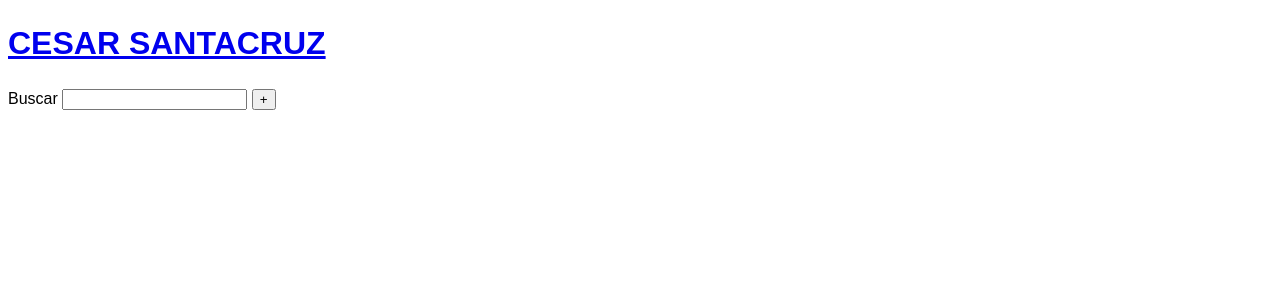
Repository: cesarsant0203/My_Study
Page: Introducción al desarrollo web/2-Css/2.7-colores_en_css3.html
An editor plug-in stored every save of this project. The page is shown before and after a run of saves, followed by the edit.
The browser window is 1280 px wide. The pictures show the whole page.

Above is the page before, as saved 2020-04-29 09:52:50.

### Introducción al desarrollo web/2-Css/2.7-colores_en_css3.html
<!DOCTYPE html>
<html lang="es">
    <head>
        <meta charset="utf-8"/>
        <title>Colores en CSS3</title>
        <link href="2.7-colores_en_css3.css" rel="stylesheet"/>
    </head>
    <body>
        <header>
            <h1>
                <a href="#">CESAR SANTACRUZ</a>
            </h1>
            <form action="">
                <label for="buscar">Buscar</label>
                <input type="text" id="buscar">
                <button>+</button>
            </form>

        </header>
    </body>
</html>

### Introducción al desarrollo web/2-Css/2.7-colores_en_css3.css
body {
    font-family: Arial, Helvetica, sans-serif;
    line-height: 1.4;
}

header {
    background: ;
}

After the next 3 saves:
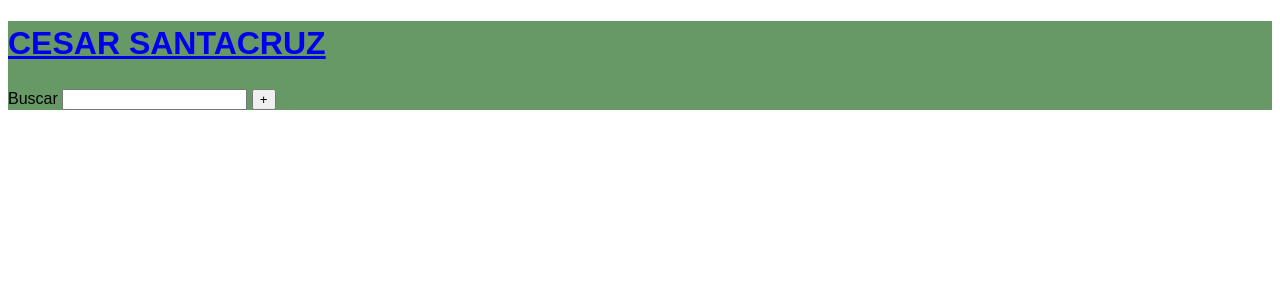
The 3 saves are shown as one change because they came seconds apart.
The last was saved 11 s later.
--- a/Introducción al desarrollo web/2-Css/2.7-colores_en_css3.css
+++ b/Introducción al desarrollo web/2-Css/2.7-colores_en_css3.css
@@ -4,5 +4,5 @@ body {
 }
 
 header {
-    background: ;
+    background: #696;
 }
